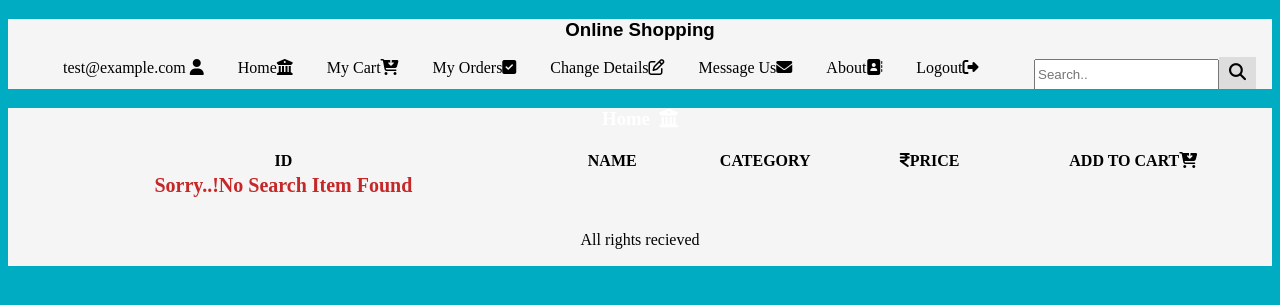
Repository: NidhiDaniel/E-Cart
Page: http://localhost/Online-Shopping-Cart/search-home.jsp
These files come from the project's save history. The page is drawn as it stood at one moment and after the next save; the edit follows.
The browser window is 1280 px wide. The pictures show the whole page.
Some web libraries are served in a nearby version. The page is served by Tomcat 9. The session is filled in as if someone had signed in: {"email": "test@example.com"}. Queries for data that is not in the repository find no rows.

Above is the page before, as saved 2024-01-06 14:29:04.

### Online-Shopping-Cart/src/main/webapp/search-home.jsp
<%@page import="java.sql.ResultSet"%>
<%@page import="java.sql.Statement"%>
<%@page import="java.sql.Connection"%>
<%@page import="com.db.connection.DAOConnection"%>
<%@ page language="java" contentType="text/html; charset=ISO-8859-1"
    pageEncoding="ISO-8859-1"%>
<%@ include file="header.jsp" %>
<!DOCTYPE html>
<html>
<head>
<meta charset="ISO-8859-1">
<title>Home</title>
<link rel="stylesheet" href="./css/home-style.css">
</head>
<body>
<div class="product-view">
<h3 style="color: white; text-align: center;">Home &nbsp;<i class="fa fa-institution"></i></h3>
<table>
<thead>
		<tr>
			<th>ID</th>
			<th>NAME</th>
			<th>CATEGORY</th>
			<th><i class="fa fa-inr"></i>PRICE</th>
			<th>ADD TO CART<i class="fa fa-cart-arrow-down"></i></th>
		</tr>

</thead>
<tbody>
<%
int status=0;
try{
	String searchItem=request.getParameter("search");
    Connection con=DAOConnection.getConnection();
    Statement stmt=con.createStatement();
    ResultSet rs=stmt.executeQuery("select * from product where name like '%"+searchItem+"%' or category like '"+searchItem+"' and active='yes'");
   while(rs.next()){
   status=1;
   %>
   <td><%=rs.getInt(1) %></td>
   <td><%=rs.getString(2) %></td>
   <td><%=rs.getString(3) %></td>
   <td><i class="fa fa-inr"></i><%=rs.getString(4) %></td>
   <td><a href="addToCartAction.jsp?id=<%= rs.getString(1)%>">Add to cart<i class="fa fa-cart-arrow-down"></i></a></td>
   <%

   }
   if(status==0){
	   out.print("<td class='failure-msg'>Sorry..!No Search Item Found</td>");
   }
}
catch(Exception e){

}
%>


</tbody>

</table>
</body>
<%@ include file="footer.jsp" %>
</html>

### Online-Shopping-Cart/src/main/webapp/header.jsp
<%@ page language="java" contentType="text/html; charset=ISO-8859-1"
	pageEncoding="ISO-8859-1"%>
<!DOCTYPE html>
<html>
<head>
<meta charset="ISO-8859-1">
<title>Insert title here</title>
<link rel="stylesheet" type="text/css" href="./css/header.css">
<link rel="stylesheet" href="https://cdnjs.cloudflare.com/ajax/libs/font-awesome/4.7.0/css/font-awesome.min.css">
<script src='https://kit.fontawesome.com/a076d05399.js' crossorigin='anonymous'></script>
</head>
<body>
	<div class="header">
	<% String email=session.getAttribute("email").toString(); %>

	   <h3>Online Shopping</h3>

		<ul>
		   <li><a href=""><% out.println(email);%><i class="fa fa-user"></i></a></li>
			<li><a href="home.jsp">Home<i class="fa fa-institution"></i></a></li>
			<li><a href="">My Cart<i class="fa fa-cart-arrow-down"></i></a></li>
			<li><a href="">My Orders<i class="fa fa-check-square"></i></a></li>
			<li><a href="">Change Details<i class="fa fa-edit"></i></a></li>
			<li><a href="">Message Us<i class="fa fa-envelope"></i></a></li>
			<li><a href="">About<i class="fa fa-address-book"></i></a></li>
			<li><a href="logout.jsp">Logout<i class="fa fa-sign-out"></i></a></li>
			 <div class="search-container">
			 <form action="search-home.jsp" method="post">
        	<input type="text" placeholder="Search.." name="search">
            <button type="submit"><i class="fa fa-search"></i></button>
            </form>
        	</div>
		</ul>

	</div>
</body>
</html>

### Online-Shopping-Cart/src/main/webapp/footer.jsp
<%@ page language="java" contentType="text/html; charset=ISO-8859-1"
    pageEncoding="ISO-8859-1"%>
<!DOCTYPE html>
<html>
<head>
<meta charset="ISO-8859-1">
<title>Insert title here</title>
<link rel="stylesheet" type="text/css" href="css/footer.css">
</head>
<body>
<footer>
<div class="footer">
<p>All rights recieved</p>
</div>
</footer>
</body>
</html>

### Online-Shopping-Cart/src/main/java/com/db/connection/DAOConnection.java
package com.db.connection;

import java.sql.Connection;
import java.sql.DriverManager;

import com.mysql.cj.jdbc.Driver;

public class DAOConnection {


public static Connection getConnection() {
	 Connection con=null;
	   try {
		DriverManager.registerDriver(new Driver());
        con=DriverManager.getConnection("jdbc:mysql://localhost:3306/online_cart","root","admin");
	} catch (Exception e) {
		e.printStackTrace();
	}
	return con;
   }
}

### Online-Shopping-Cart/src/main/webapp/css/header.css
@charset "ISO-8859-1";
body{
	background: #00ACC1;
}
.header{
	width: auto;
	height:auto;
	background: #f5f5f5;
}
.header ul li{
	list-style: none;
	display: inline-block;
	height: 30px;
}
.header ul li:hover{
	background: #879487;
}
.header h3{
	text-align: center;
	font-family: sans-serif;
	font-weight: 900;
}
.header ul li a{
	margin: 15px;
    text-decoration: none;
    color: black;
    font-weight: 500;
}
.search-container input{
	height: 25px;
}
.search-container {
  float: right;
}
.search-container button {
  float: right;
  padding: 6px 10px;
  margin-top: -2px;
  margin-right: 16px;
  background: #ddd;
  font-size: 17px;
  border: none;
  cursor: pointer;
}
.search-container button:hover {
  background: #ccc;
}

### Online-Shopping-Cart/src/main/webapp/css/home-style.css
@charset "ISO-8859-1";
.product-view {
	background: #f5f5f5;
}
.product-view table {
	width: -webkit-fill-available;
}
.product-view table tr{
	text-align: center;
}
.success-msg{
	color:#FBC02D;
	text-align:center;
	font-size: 20px;
	font-weight: 600;
}
.failure-msg{
	color:#C62828;
	font-size: 20px;
	font-weight: 600;
}

### Online-Shopping-Cart/src/main/webapp/css/footer.css
@charset "ISO-8859-1";
.footer{
	background: #f5f5f5;
	height: 50px;
}
.footer p{
padding-top: 15px;
text-align: center;
}

After the next save:
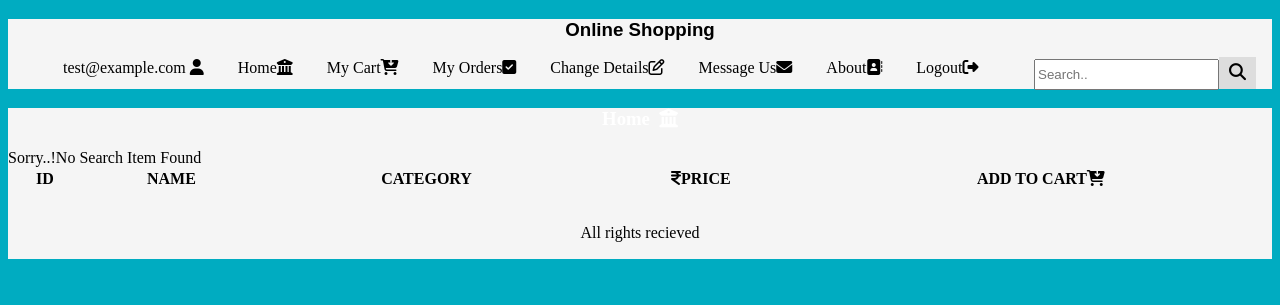
Saved 13 s later.
--- a/Online-Shopping-Cart/src/main/webapp/search-home.jsp
+++ b/Online-Shopping-Cart/src/main/webapp/search-home.jsp
@@ -46,7 +46,7 @@ try{
 
    }
    if(status==0){
-	   out.print("<td class='failure-msg'>Sorry..!No Search Item Found</td>");
+	   out.print("<tr class='failure-msg'>Sorry..!No Search Item Found</tr>");
    }
 }
 catch(Exception e){
